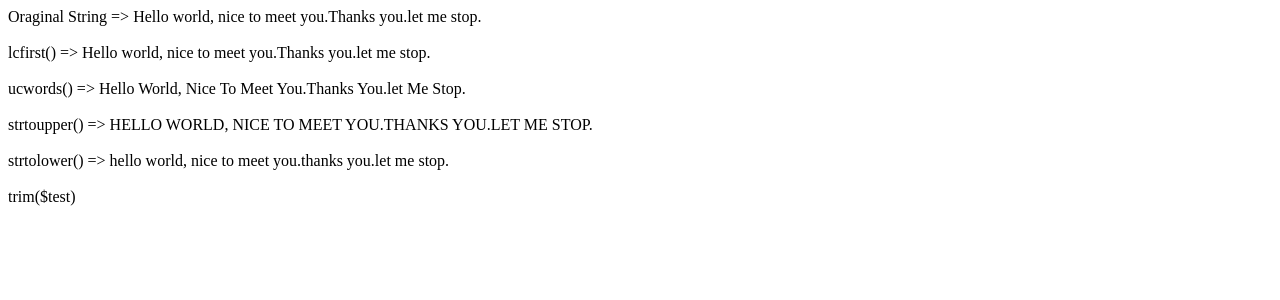
Repository: zinminkhantoo/assignment01
Page: http://localhost/String/printf_fprintf.php
These files come from the project's save history. The page is drawn as it stood at one moment and after the next save; the edit follows.
The browser window is 1280 px wide. The pictures show the whole page.
The page is run by PHP 8.4 with error messages shown; the project is at /var/www/html/.

Above is the page before, as saved 2020-04-12 09:56:09.

### Test/String/printf_fprintf.php
<?php
    $test = " Hello world, nice to meet you.Thanks you.let me stop. ";
    echo "Oraginal String => $test</br></br>";
    echo "lcfirst() => ".lcfirst($test)."</br></br>";
    echo "ucwords() => " .ucwords($test)."</br></br>";
    echo "strtoupper() => ".strtoupper($test)."</br></br>";
    echo "strtolower() => ".strtolower($test)."</br></br>";
    echo 'trim($test)';
?>

After the next save:
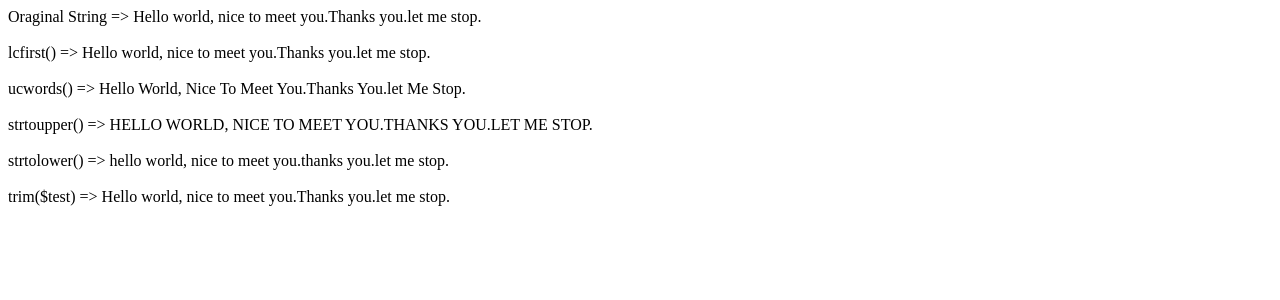
Saved 21 s later.
--- a/Test/String/printf_fprintf.php
+++ b/Test/String/printf_fprintf.php
@@ -5,5 +5,5 @@
     echo "ucwords() => " .ucwords($test)."</br></br>";
     echo "strtoupper() => ".strtoupper($test)."</br></br>";
     echo "strtolower() => ".strtolower($test)."</br></br>";
-    echo 'trim($test)';
+    echo 'trim($test) => '.trim($test);
 ?>
